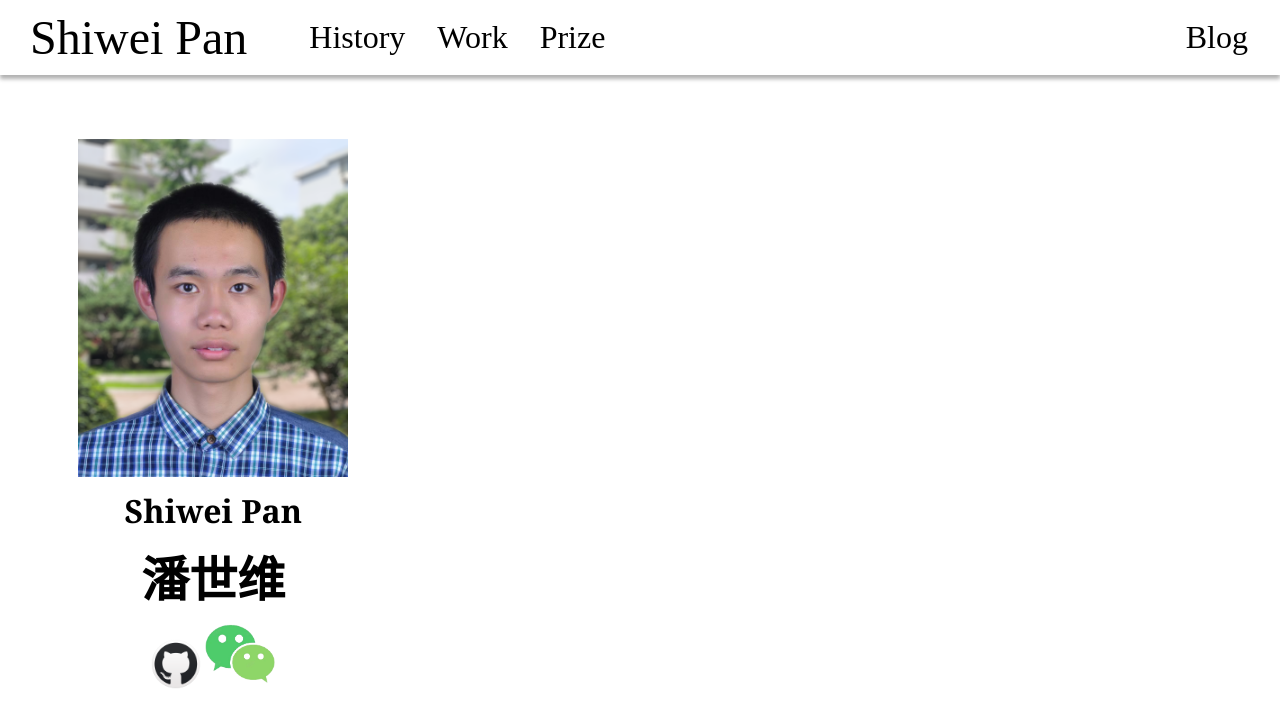
Repository: erikpsw/web
Page: new/psw.html
An editor plug-in stored every save of this project. The page is shown before and after the next save, followed by the edit.
The browser window is 1280 px wide. The pictures show the whole page.

Above is the page before, as saved 2022-06-16 22:41:09.

After the next save:
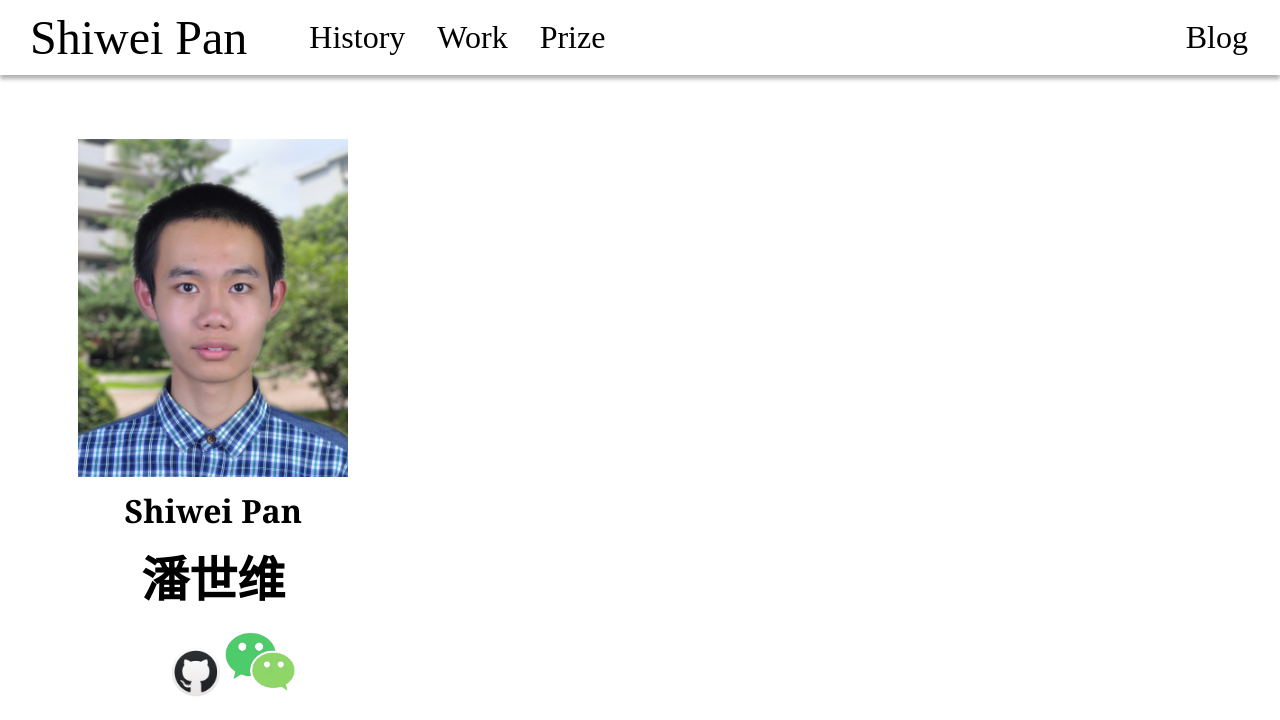
Saved 2 min 23 s later.
--- a/new/psw.html
+++ b/new/psw.html
@@ -18,10 +18,10 @@
         <img src="\pic\mine.png" id="mine">
         <h2 id="intro">Shiwei Pan</h2>
         <h2 id="name">潘世维</h2>
-    <div style="text-align: center;">
+    <ul class="network_icon">
         <img src="\pic\github.png" id="github">
         <img src="\pic\wechat.png" id="wechat">
-    </div>
+    <ul>
 
     </div>
 </section>
